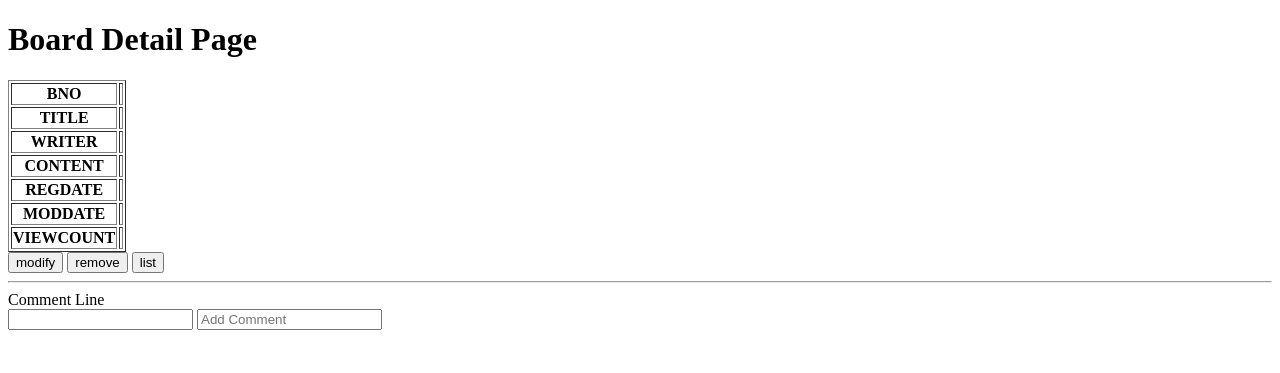
Repository: dfhdfhdfsza/_jsp_workspace3
Page: http://localhost/jsp_project/board/detail.jsp
These files come from the project's save history. The page is drawn as it stood at one moment and after the next save; the edit follows.
The browser window is 1280 px wide. The pictures show the whole page.
The page is served by Tomcat 9. Other server files are loaded and not shown. The template is opened directly, without the code that normally fills it, so the values that code supplies are empty.

Above is the page before, as saved 2023-09-15 08:39:40.

### jsp_project/src/main/webapp/board/detail.jsp
<%@ page language="java" contentType="text/html; charset=UTF-8"
    pageEncoding="UTF-8"%>
<!DOCTYPE html>
<html>
<head>
<meta charset="UTF-8">
<title>Insert title here</title>
</head>
<body>
	<h1>Board Detail Page</h1>
	<table border="1">
		<tr>
			<th>BNO</th>
			<td>${bvo.bno}</td>
		</tr>
		<tr>
			<th>TITLE</th>
			<td>${bvo.title}</td>
		</tr>
		<tr>
			<th>WRITER</th>
			<td>${bvo.writer}</td>
		</tr>
		<tr>
			<th>CONTENT</th>
			<td>${bvo.content}</td>
		</tr>
		<tr>
			<th>REGDATE</th>

			<td>${bvo.regdate}</td>
		</tr>
		<tr>
			<th>MODDATE</th>
			<td>${bvo.moddate}</td>
		</tr>
		<tr>
			<th>VIEWCOUNT</th>
			<td>${bvo.viewcnt}</td>
		</tr>
	</table>
	<a href="/brd/modify?bno=${bvo.bno}"><button type="button">modify</button></a>
	<a href="/brd/remove?bno=${bvo.bno}"><button type="button">remove</button></a>
	<a href="/brd/list"><button type="button">list</button></a>

	<br><hr>
	<div>
		Comment Line <br>
		<input type="text" id="cmtWriter" value="${ses.id}" readonly="readonly"> <!-- 비동기방식에서는 name을 달지 않고 id를 달아준다 -->
		<input type="text" id="cmtText" placeholder="Add Comment">

	</div>
</body>
</html>

After the next save:
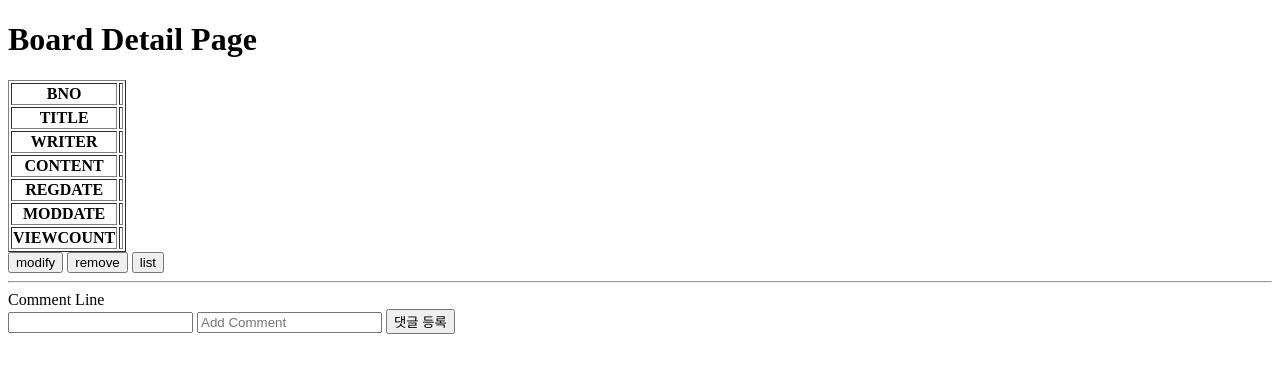
Saved 27 s later.
--- a/jsp_project/src/main/webapp/board/detail.jsp
+++ b/jsp_project/src/main/webapp/board/detail.jsp
@@ -48,7 +48,7 @@
 		Comment Line <br>
 		<input type="text" id="cmtWriter" value="${ses.id}" readonly="readonly"> <!-- 비동기방식에서는 name을 달지 않고 id를 달아준다 -->
 		<input type="text" id="cmtText" placeholder="Add Comment">
-
+		<button type="button">댓글 등록</button>
 	</div>
 </body>
 </html>
